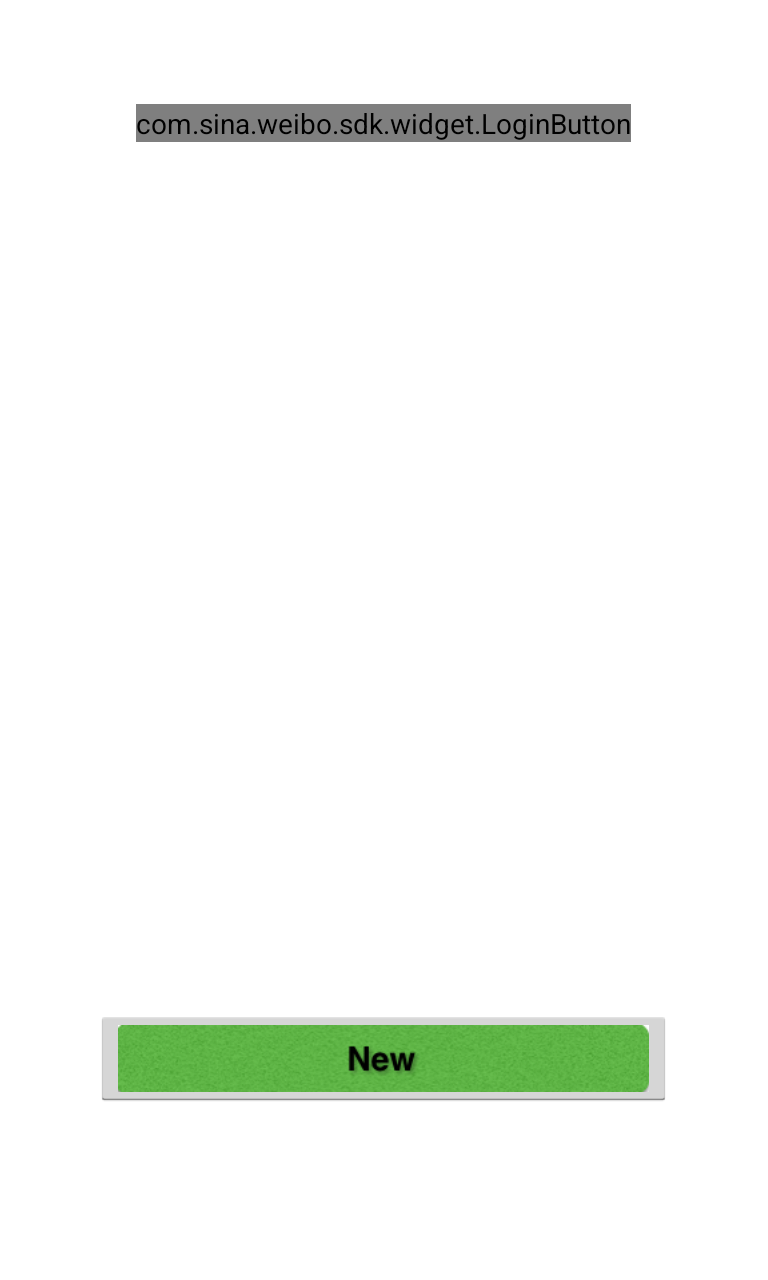
Repository: aojue/HappyAA
Layout: HappyAA/res/layout/activity_main.xml
An editor plug-in stored every save of this project. The layout is shown before and after the next save, followed by the edit.
Pictures or frames that could not be fetched are drawn as grey boxes. It is drawn on a 768 x 1280 px phone screen (xhdpi) without system bars, with theme AppTheme; the app's code is not run.

Above is the layout before, as saved 2014-10-24 10:41:01.

### HappyAA/res/layout/activity_main.xml
<RelativeLayout xmlns:android="http://schemas.android.com/apk/res/android"
    xmlns:tools="http://schemas.android.com/tools"
    android:layout_width="match_parent"
    android:layout_height="match_parent"
    android:paddingBottom="@dimen/activity_vertical_margin"
    android:paddingLeft="@dimen/activity_horizontal_margin"
    android:paddingRight="@dimen/activity_horizontal_margin"
    android:paddingTop="@dimen/activity_vertical_margin"
    tools:context="com.sina.weibo.happyaa.MainActivity" >

    <com.sina.weibo.sdk.widget.LoginButton
        android:id="@+id/loginButton1"
        android:layout_width="wrap_content"
        android:layout_height="wrap_content"
        android:layout_alignParentTop="true"
        android:layout_centerHorizontal="true"
        android:layout_marginTop="36dp"
       />

    <ImageButton
        android:id="@+id/imageButton1"
        android:layout_width="wrap_content"
        android:layout_height="wrap_content"
        android:layout_alignParentBottom="true"
        android:layout_centerHorizontal="true"
        android:layout_marginBottom="70dp"
        android:contentDescription="@drawable/ic_lb"
        android:src="@drawable/ic_lb" />

</RelativeLayout>

Loaded but not shown: HappyAA/res/values/styles.xml (common file); HappyAA/res/values-v11/styles.xml (common file); HappyAA/res/values-v14/styles.xml (common file); HappyAA/res/values/dimens.xml (common file); HappyAA/res/values-w820dp/dimens.xml (common file)

After the next save:
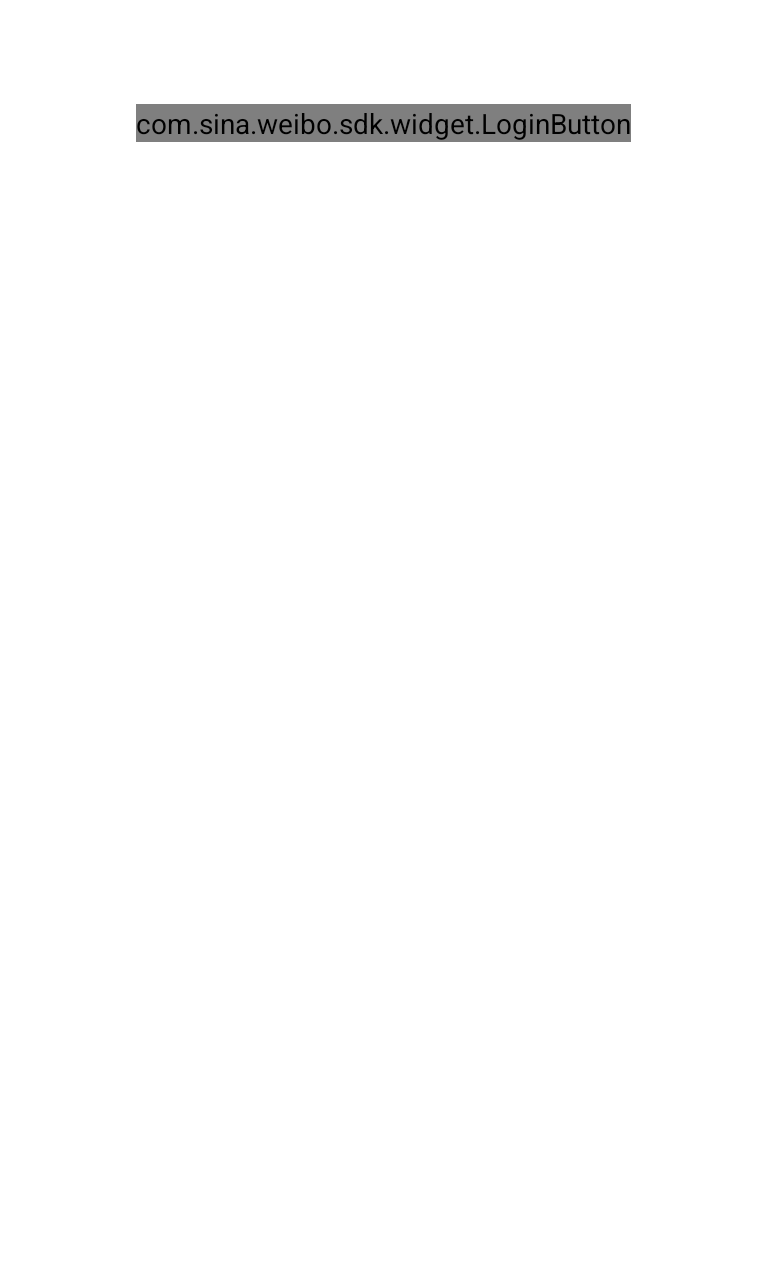
Saved 2 min 59 s later.
--- a/HappyAA/res/layout/activity_main.xml
+++ b/HappyAA/res/layout/activity_main.xml
@@ -19,7 +19,7 @@
 
     <ImageButton
         android:id="@+id/imageButton1"
-        android:layout_width="wrap_content"
+        android:layout_width="fill_content"
         android:layout_height="wrap_content"
         android:layout_alignParentBottom="true"
         android:layout_centerHorizontal="true"
